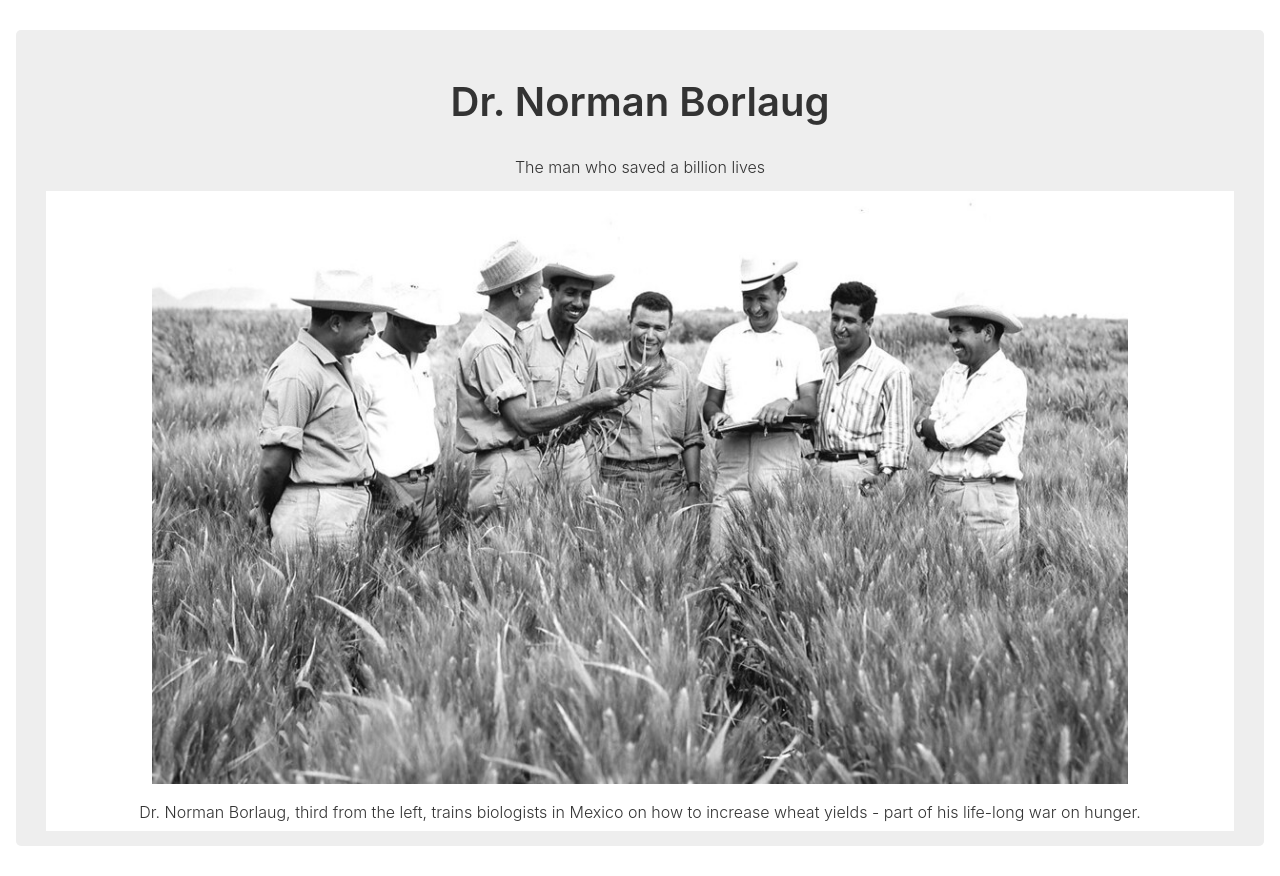
Repository: HTDuy01/github-demo
Page: freecodecamp/index.html
These files come from the project's save history. The page is drawn as it stood at one moment and after the next save; the edit follows.
The browser window is 1280 px wide. The pictures show the whole page.

Above is the page before, as saved 2021-11-17 20:26:17.

### freecodecamp/index.html
<!DOCTYPE html>
<html lang="en">
<head>
    <meta charset="UTF-8">
    <meta http-equiv="X-UA-Compatible" content="IE=edge">
    <meta name="viewport" content="width=device-width, initial-scale=1.0">
    <title>Document</title>
    <link rel="stylesheet" href="/assets/css/style.css">
    <link rel="stylesheet" href="/assets/css/base.css">
</head>
<body>
    <div class="main">
        <header id="title">
            <h1 class="heading">Dr. Norman Borlaug</h1>
            <p class="sub-heading">The man who saved a billion lives</p>
        </header>

        <div id="img-div">
            <img src="/assets/img/tribute-page-main-image.jpg" alt="" class="img">
            <p class="content-img">Dr. Norman Borlaug, third from the left, trains biologists in Mexico on how to increase wheat yields - part of his life-long war on hunger.</p>
        </div>

        <div class="content">

        </div>

        <footer class="footer">

        </footer>
    </div>
</body>
</html>

### freecodecamp/assets/css/style.css
.main {
    background-color: #eee;
    margin: 30px 8px;
    padding: 15px;
    border-radius: 5px;
}

/* header */
#title {
    text-align: center;
}

.heading {
    color: var(--color-header);
    font-size: 4rem;
    font-weight: 600;
    margin-top: 27px;
    line-height: 60px;
}

.sub-heading {
    font-size: 1.6rem;
    color: var(--color-header);
    font-weight: 300;
}

/* Bener */
#img-div {
    height: 640px;
    background-color: #fff;
    margin: 0 15px;
    text-align: center;
}

.img {
    width: 976px;
    height: 593px;
}

.content-img {
    font-size: 1.6rem;
    color: var(--color-header);
    font-weight: 300;
}

### freecodecamp/assets/css/base.css

* {
    box-sizing: inherit;
}

html {
    font-size: 62.5%;
    line-height: 1.6rem;
    font-family: -apple-system, BlinkMacSystemFont, 'Segoe UI', 'Roboto', 'Helvetica Neue', Arial, sans-serif;
    box-sizing: border-box;
}

:root {
    --color-header:#333;
}

After the next save:
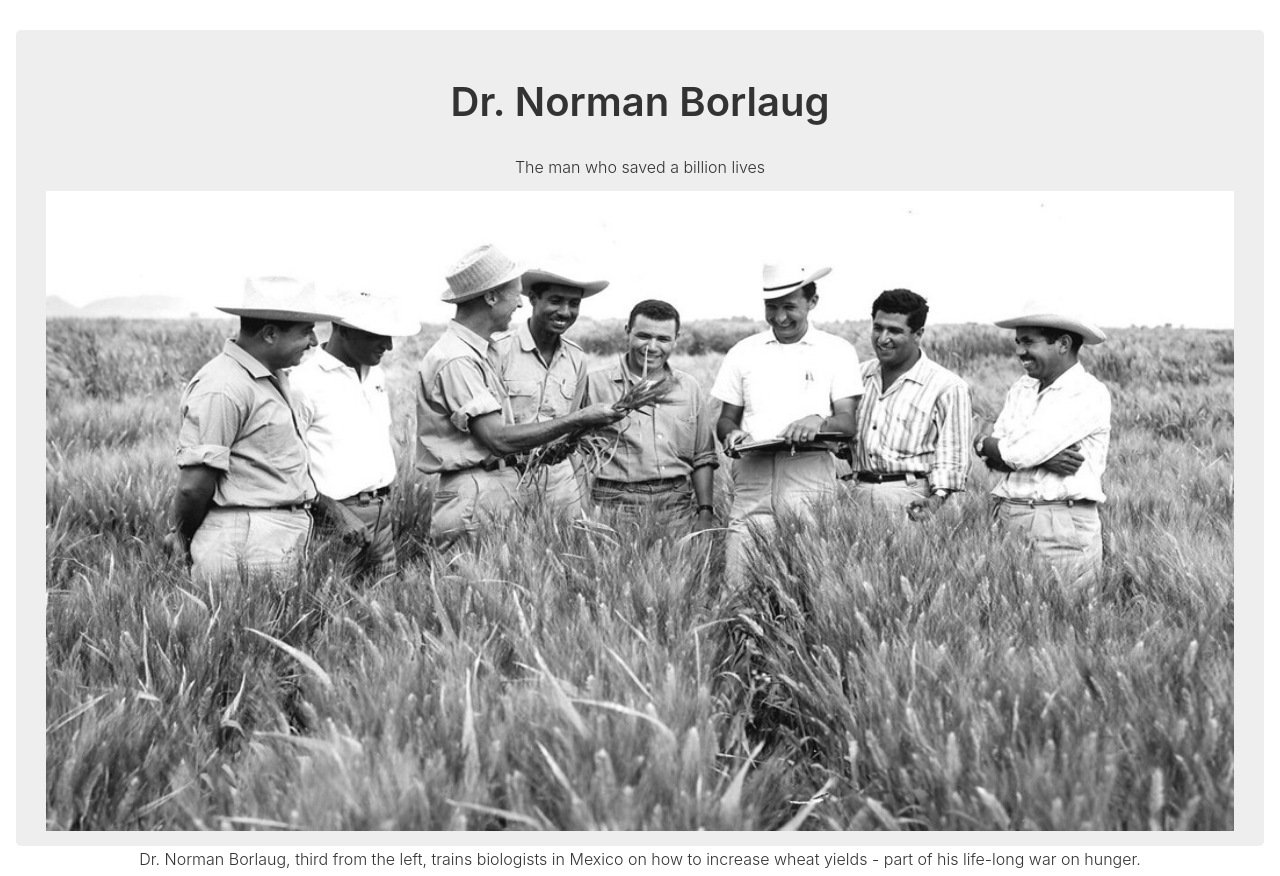
Saved 91 s later.
--- a/freecodecamp/assets/css/style.css
+++ b/freecodecamp/assets/css/style.css
@@ -33,8 +33,8 @@
 }
 
 .img {
-    width: 976px;
-    height: 593px;
+    width: 100%;
+    height: 100%;
 }
 
 .content-img {

After the save that followed:
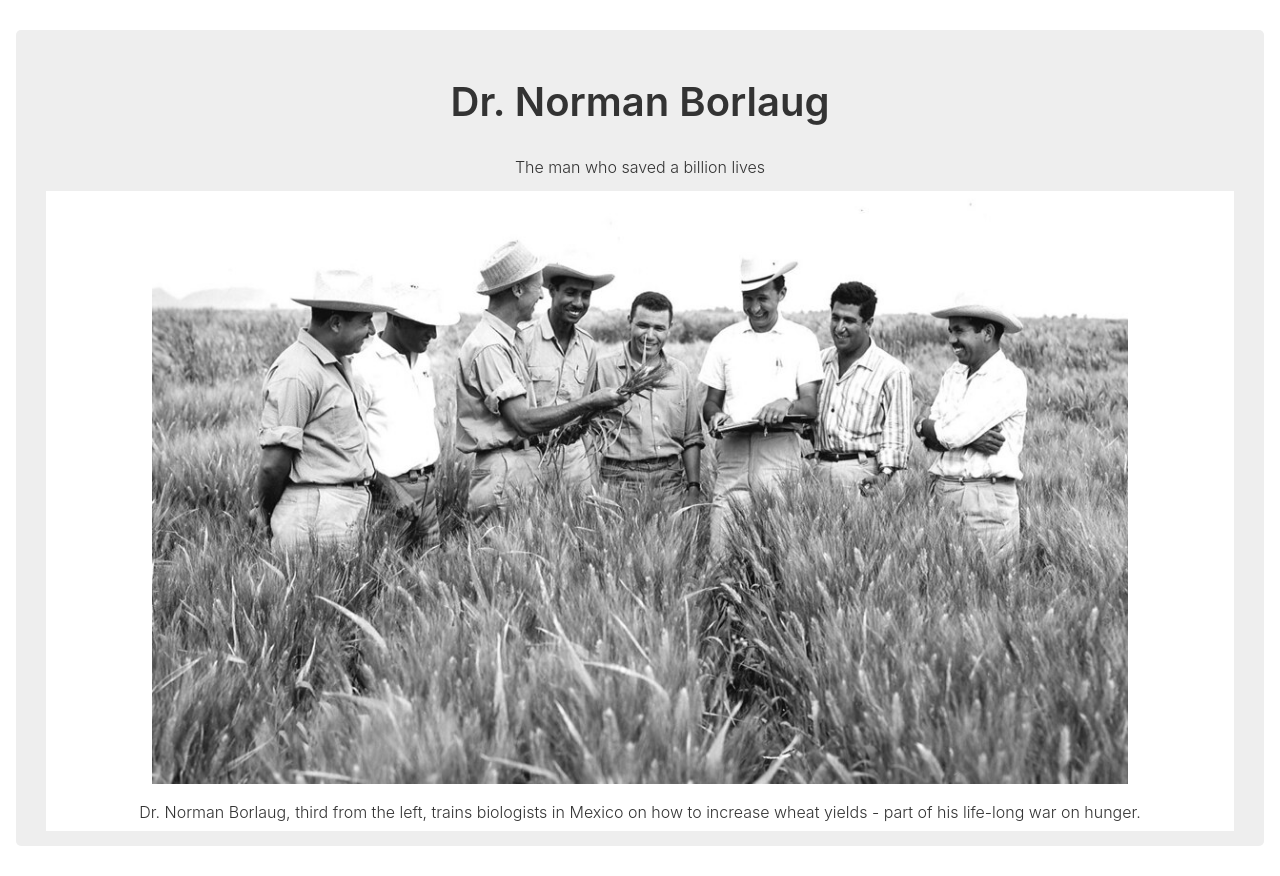
Saved 35 s later.
--- a/freecodecamp/assets/css/style.css
+++ b/freecodecamp/assets/css/style.css
@@ -33,8 +33,8 @@
 }
 
 .img {
-    width: 100%;
-    height: 100%;
+    width: 976px;
+    height: 593px;
 }
 
 .content-img {
